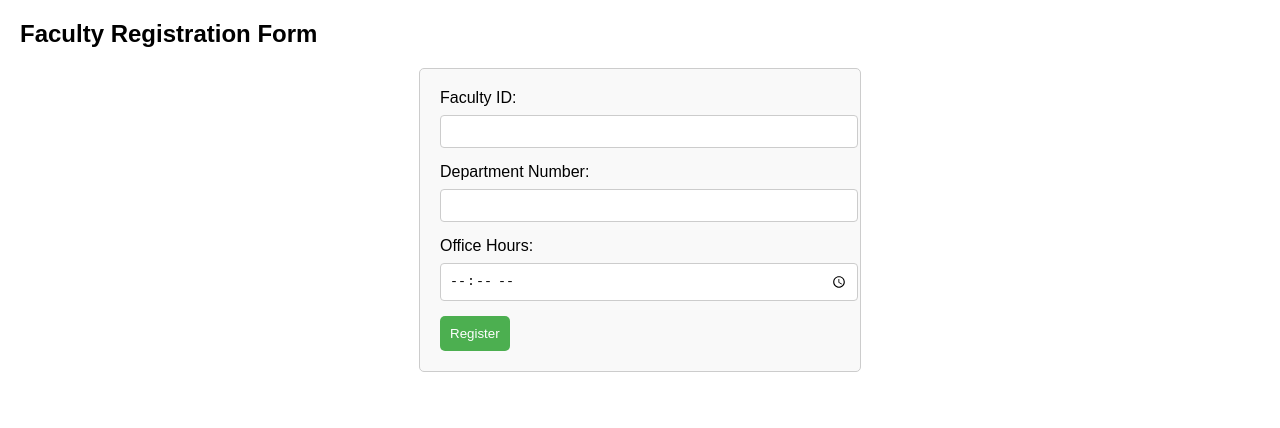
Repository: LokeshGundrathi/AssignmentLeucine
Page: AssignmentProjectLeucine/src/main/webapp/FacultyRegistrationForm.html
The author's editor kept a copy of each file at every save. The page is drawn from the files as they stood at one save, then again after the next save.
The browser window is 1280 px wide. The pictures show the whole page.

Above is the page before, as saved 2024-09-27 19:52:48.

### AssignmentProjectLeucine/src/main/webapp/FacultyRegistrationForm.html
<!DOCTYPE html>
<html lang="en">
<head>
    <meta charset="UTF-8">
    <meta name="viewport" content="width=device-width, initial-scale=1.0">
    <title>Faculty Registration Form</title>
    <style>
        body {
            font-family: Arial, sans-serif;
            margin: 20px;
        }
        form {
            max-width: 400px;
            margin: auto;
            padding: 20px;
            border: 1px solid #ccc;
            border-radius: 5px;
            background-color: #f9f9f9;
        }
        label {
            display: block;
            margin-bottom: 8px;
        }
        input[type="text"], input[type="number"], input[type="time"] {
            width: 100%;
            padding: 8px;
            margin-bottom: 15px;
            border: 1px solid #ccc;
            border-radius: 4px;
        }
        input[type="submit"] {
            background-color: #4CAF50;
            color: white;
            padding: 10px;
            border: none;
            border-radius: 5px;
            cursor: pointer;
        }
        input[type="submit"]:hover {
            background-color: #45a049;
        }
        .button {
    background-color: #4CAF50; /* Green background */
    border: none; /* No border */
    color: white; /* White text */
    padding: 15px 32px; /* Padding around the text */
    text-align: center; /* Centered text */
    text-decoration: none; /* No underline */
    display: inline-block; /* Allows setting width/height */
    font-size: 16px; /* Text size */
    margin: 4px 2px; /* Small margin */
    cursor: pointer; /* Pointer cursor on hover */
    border-radius: 8px; /* Rounded corners */
    transition: background-color 0.3s; /* Smooth background change */
}

.button:hover {
    background-color: #45a049; /* Darker green on hover */
}
    </style>
</head>
<body>

<h2>Faculty Registration Form</h2>
<form action="faculty" method="GET">
    <label for="id">Faculty ID:</label>
    <input type="text" id="id" name="id" required>

    <label for="deptno">Department Number:</label>
    <input type="number" id="deptno" name="deptno" required>

    <label for="officehours">Office Hours:</label>
    <input type="time" id="officehours" name="officehours" required>

    <input type="submit" value="Register">
</form>

</body>
</html>

After the next save:
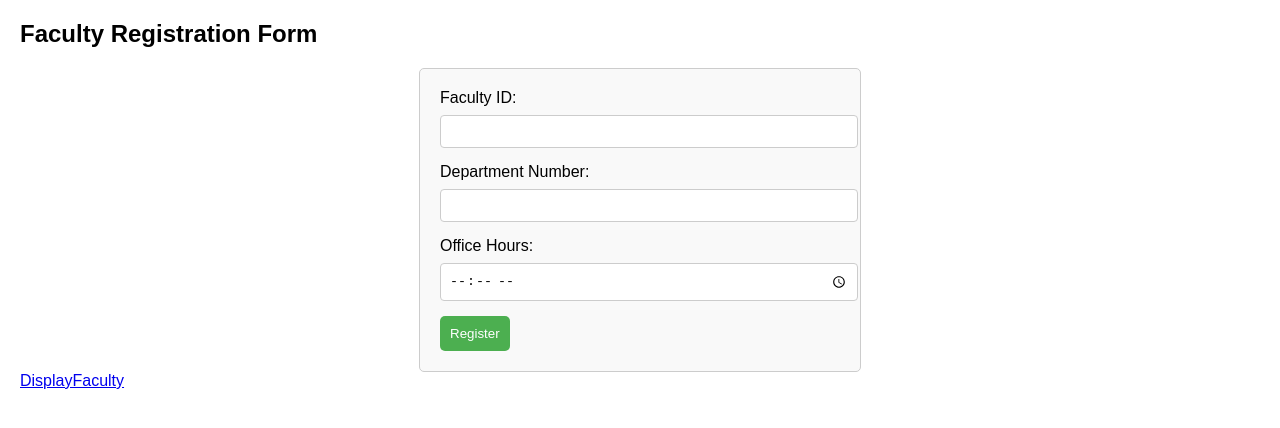
Saved 35 s later.
--- a/AssignmentProjectLeucine/src/main/webapp/FacultyRegistrationForm.html
+++ b/AssignmentProjectLeucine/src/main/webapp/FacultyRegistrationForm.html
@@ -74,6 +74,6 @@
 
     <input type="submit" value="Register">
 </form>
-
+<a href="DispalyFaculty.jsp"> DisplayFaculty</a>
 </body>
 </html>
